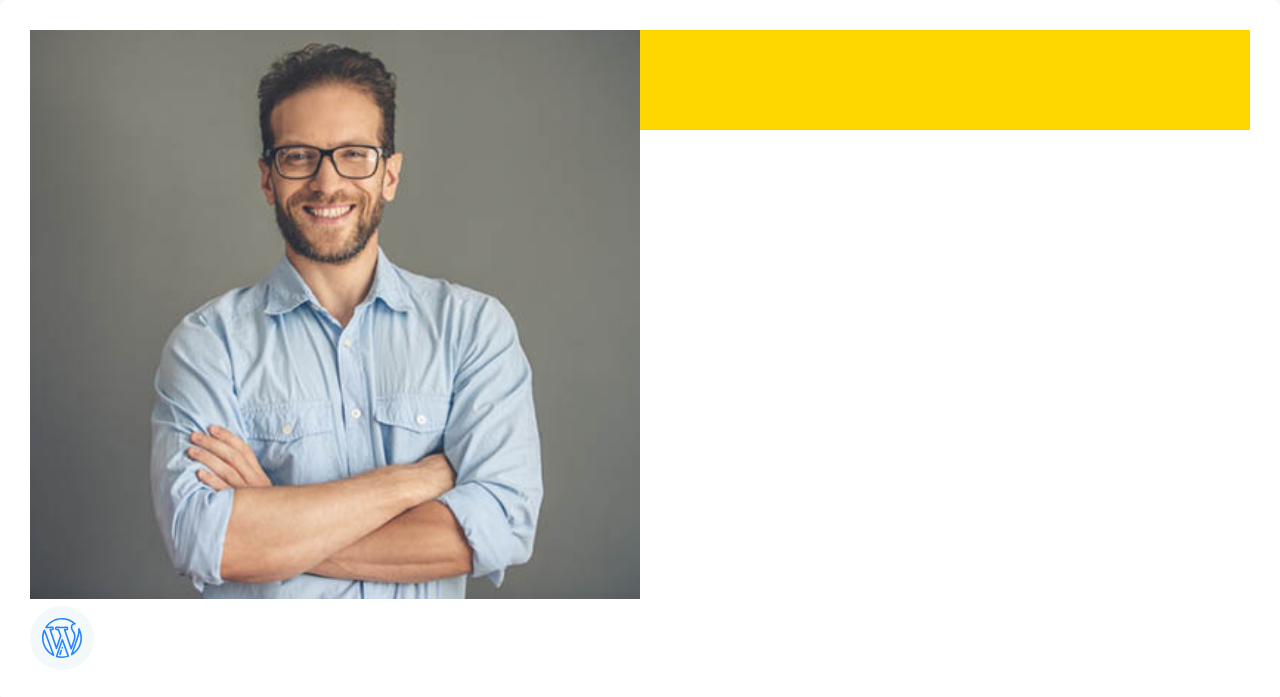
Repository: LeonUIO/first_website
Page: index.html
The author's editor kept a copy of each file at every save. The page is drawn from the files as they stood at one save, then again after a run of saves.
The browser window is 1280 px wide. The pictures show the whole page.

Above is the page before, as saved 2021-04-05 12:32:04.

After the next 2 saves:
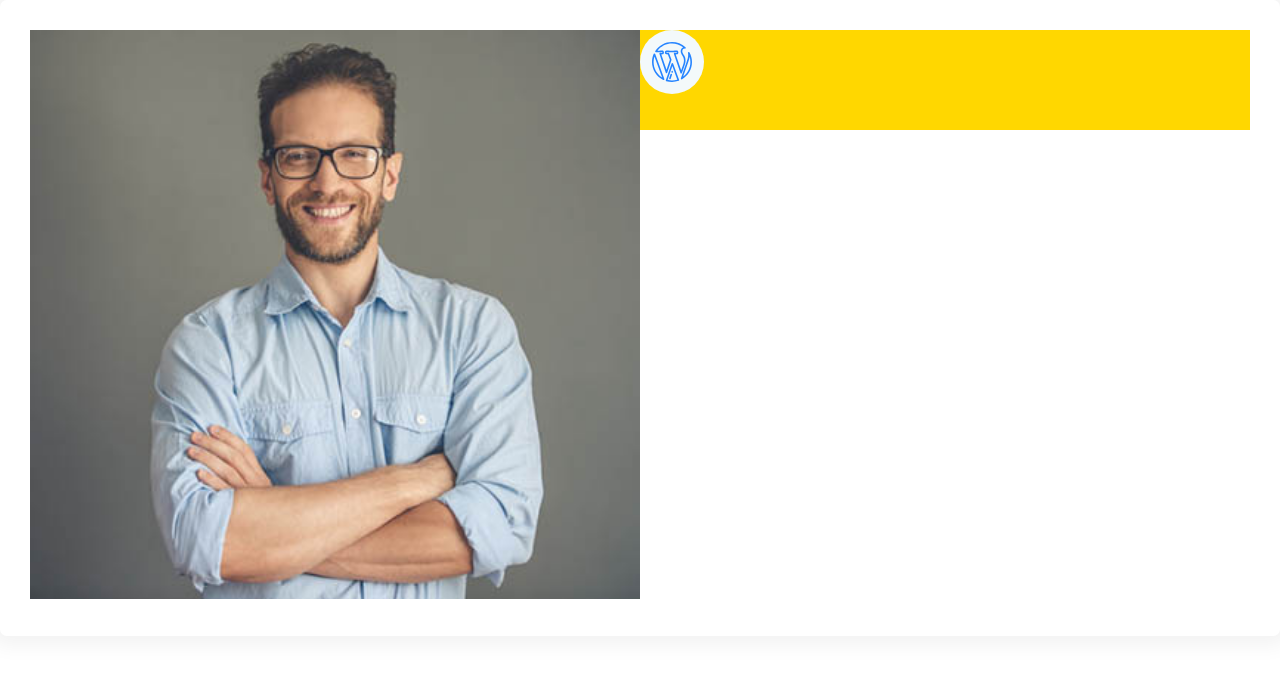
The 2 saves are shown as one change because they came seconds apart.
The last was saved 7 s later.
--- a/css/styles.css
+++ b/css/styles.css
@@ -453,4 +453,6 @@ a {
 }
 
 .testimonial__image > .icon-container {
-}
+  position: absolute;
+
+}
